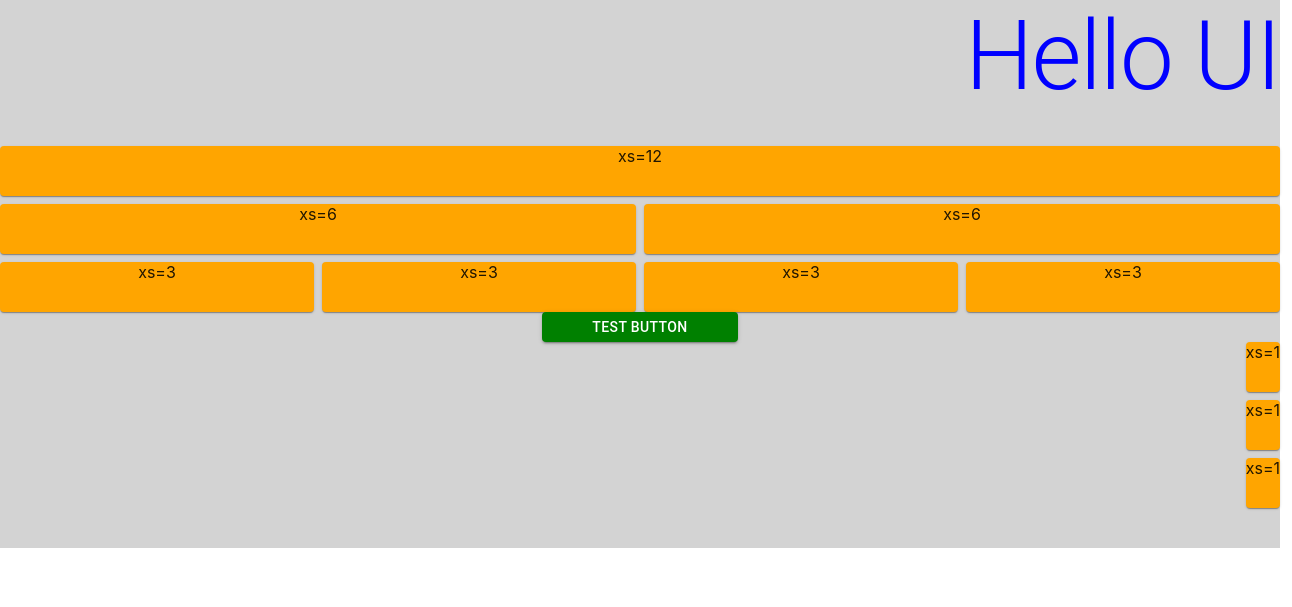
Repository: ShunsukeTanizaki/COVID19-Live
Page: /
These files come from the project's save history. The page is drawn as it stood at one moment and after the next save; the edit follows.
The browser window is 1280 px wide. The page is 1292 px wide, so the pictures cover 1292 px, including what lies to the right of the window. The pictures show the whole page.
The project was rebuilt for these pictures with package versions that can differ from the ones it lists, and the page was loaded fresh each time.

Above is the page before, as saved 2020-11-07 23:51:23.

### src/App.tsx
import React from "react";
// import logo from "./logo.svg";
import "./App.css";
import LinePlot from "./components/LinePlot";
import PiePlot from "./components/PiePlot";
import BarPlot from "./components/BarPlot";
import RaderPlot from "./components/RaderPlot";
import BubblePlot from "./components/BubblePlot";
import MaterialUI from "./components/MaterialUI ";

function App() {
    return (
        <div className="App">
            {/* <LinePlot />
            <PiePlot />
            <BarPlot />
            <RaderPlot />
            <BubblePlot /> */}

            <MaterialUI />
        </div>
    );
}

export default App;

### src/App.css
.App {
    background-color: lightgray;
    text-align: center;
}

.App-logo {
    height: 40vmin;
    pointer-events: none;
}

@media (prefers-reduced-motion: no-preference) {
    .App-logo {
        animation: App-logo-spin infinite 20s linear;
    }
}

.App-header {
    background-color: #282c34;
    min-height: 100vh;
    display: flex;
    flex-direction: column;
    align-items: center;
    justify-content: center;
    font-size: calc(10px + 2vmin);
    color: white;
}

.App-link {
    color: #61dafb;
}

@keyframes App-logo-spin {
    from {
        transform: rotate(0deg);
    }
    to {
        transform: rotate(360deg);
    }
}

### src/components/MaterialUI .tsx
import React from "react";
import { Button, makeStyles, Typography, Grid, Paper } from "@material-ui/core";

const useStyles = makeStyles({
    btnStyle: {
        background: "green",
        padding: "3px 50px"
    },
    typoStyle: {
        color: "blue"
    },
    paperStyle: {
        background: "orange",
        height: "50px"
    }
});

const MaterialUI: React.FC = () => {
    const classes = useStyles();
    return (
        <div>
            <Typography
                className={classes.typoStyle}
                color="secondary"
                variant="h1"
                align="right"
                gutterBottom
            >
                Hello UI
            </Typography>

            <Grid container spacing={1}>
                <Grid item xs={12}>
                    <Paper className={classes.paperStyle}>xs=12</Paper>
                </Grid>
                <Grid item xs={12} md={6}>
                    <Paper className={classes.paperStyle}>xs=6</Paper>
                </Grid>
                <Grid item xs={12} md={6}>
                    <Paper className={classes.paperStyle}>xs=6</Paper>
                </Grid>
                <Grid item xs={6} md={3}>
                    <Paper className={classes.paperStyle}>xs=3</Paper>
                </Grid>
                <Grid item xs={6} md={3}>
                    <Paper className={classes.paperStyle}>xs=3</Paper>
                </Grid>
                <Grid item xs={6} md={3}>
                    <Paper className={classes.paperStyle}>xs=3</Paper>
                </Grid>
                <Grid item xs={6} md={3}>
                    <Paper className={classes.paperStyle}>xs=3</Paper>
                </Grid>
            </Grid>

            <Button
                className={classes.btnStyle}
                variant="contained"
                color="primary"
            >
                test Button
            </Button>

            <Grid
                container
                direction="column"
                justify="flex-start"
                alignItems="flex-end"
                spacing={1}
            >
                <Grid item xs={1}>
                    <Paper className={classes.paperStyle}>xs=1</Paper>
                </Grid>
                <Grid item xs={1}>
                    <Paper className={classes.paperStyle}>xs=1</Paper>
                </Grid>
                <Grid item xs={1}>
                    <Paper className={classes.paperStyle}>xs=1</Paper>
                </Grid>
            </Grid>

            <Grid container spacing={3} direction="column">
                <Grid item xs={12}></Grid>
                <Grid item xs={12}></Grid>
            </Grid>
        </div>
    );
};

export default MaterialUI;

Loaded but not shown: public/index.html (common file); src/index.tsx (common file); src/index.css (common file); src/reportWebVitals.ts (common file)

After the next save:
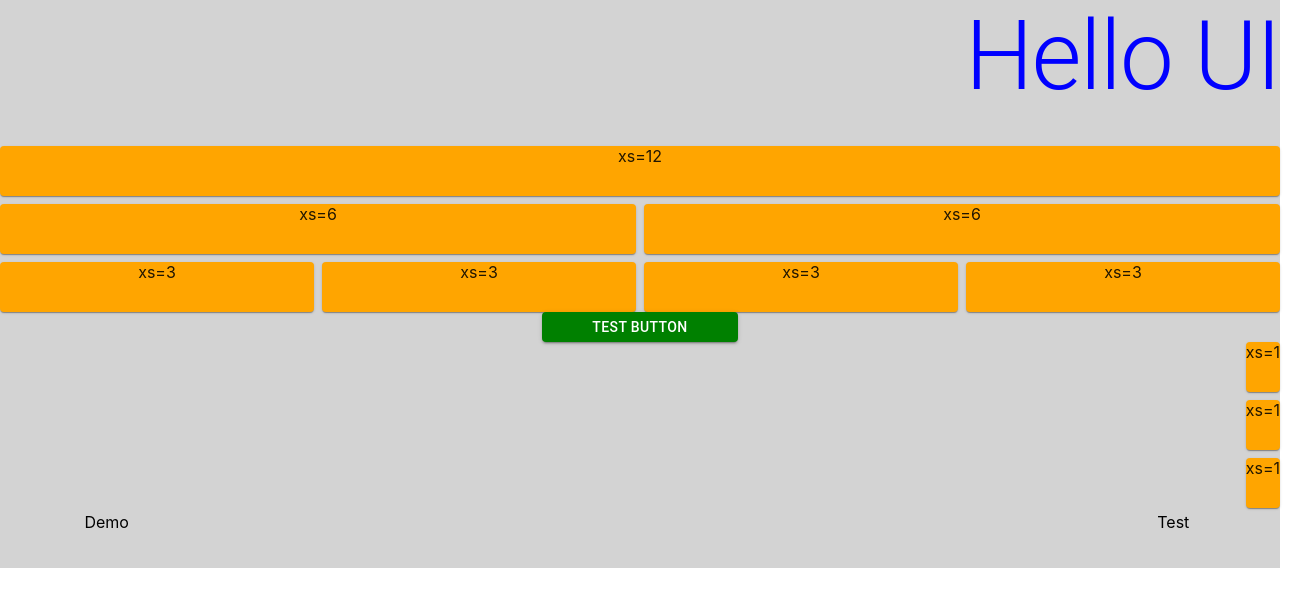
Saved 86 s later.
--- a/src/components/MaterialUI .tsx
+++ b/src/components/MaterialUI .tsx
@@ -80,7 +80,15 @@ const MaterialUI: React.FC = () => {
             </Grid>
 
             <Grid container spacing={3} direction="column">
-                <Grid item xs={12}></Grid>
+                <Grid item xs={12} container>
+                    <Grid item xs={2}>
+                        Demo
+                    </Grid>
+                    <Grid item xs={8}></Grid>
+                    <Grid item xs={2}>
+                        Test
+                    </Grid>
+                </Grid>
                 <Grid item xs={12}></Grid>
             </Grid>
         </div>
